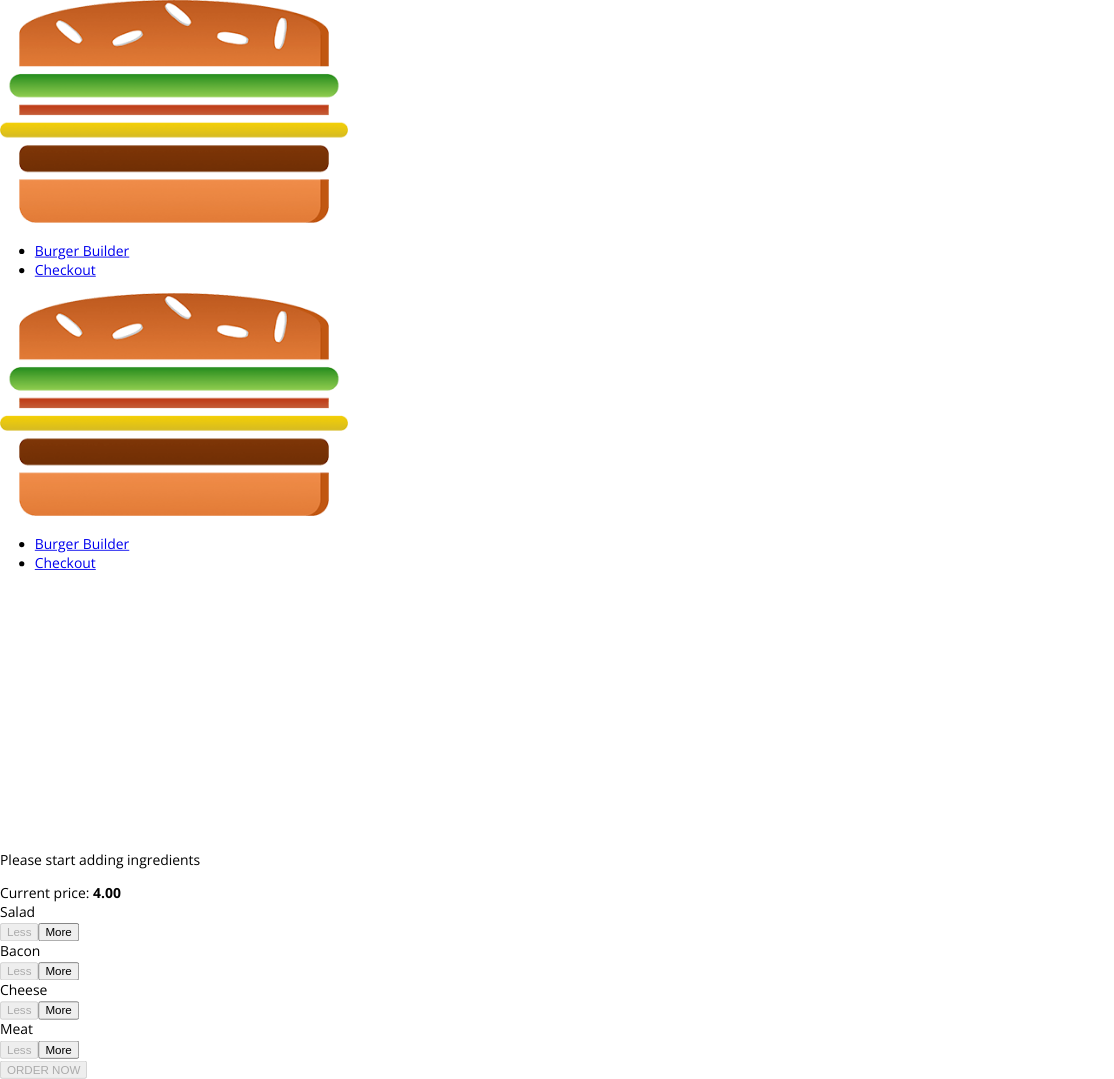
Repository: dunbom6612/burger-builder-app
Page: /checkout/contact-data
The author's editor kept a copy of each file at every save. The page is drawn from the files as they stood at one save, then again after a run of saves.
The browser window is 1280 px wide. The pictures show the whole page, at 87% of full size.
The project was rebuilt for these pictures with package versions that can differ from the ones it lists, and the page was loaded fresh each time. Also part of the build but not shown: src/components/Layout/Layout.css, src/components/Navigation/Toolbar/Toolbar.css, src/components/Logo/Logo.css, src/components/Navigation/NavigationItems/NavigationItems.css, src/components/Navigation/NavigationItems/NavigationItem/NavigationItem.css, src/components/Navigation/SideDrawer/DrawerToogle/DrawerToogle.css, src/components/Navigation/SideDrawer/SideDrawer.css, src/components/UI/Backdrop/Backdrop.css and 6 more.

Above is the page before, as saved 2020-08-02 00:17:42.

### public/index.html
<!DOCTYPE html>
<html lang="en">
  <head>
    <meta charset="utf-8">
    <meta name="viewport" content="width=device-width, initial-scale=1, shrink-to-fit=no">
    <meta name="theme-color" content="#000000">
    <!--
      manifest.json provides metadata used when your web app is added to the
      homescreen on Android. See https://developers.google.com/web/fundamentals/engage-and-retain/web-app-manifest/
    -->
    <link rel="manifest" href="%PUBLIC_URL%/manifest.json">
    <link rel="shortcut icon" href="%PUBLIC_URL%/favicon.ico">
    <!--
      Notice the use of %PUBLIC_URL% in the tags above.
      It will be replaced with the URL of the `public` folder during the build.
      Only files inside the `public` folder can be referenced from the HTML.

      Unlike "/favicon.ico" or "favicon.ico", "%PUBLIC_URL%/favicon.ico" will
      work correctly both with client-side routing and a non-root public URL.
      Learn how to configure a non-root public URL by running `npm run build`.
    -->
    <link href="https://fonts.googleapis.com/css2?family=Open+Sans:wght@400;700&display=swap" rel="stylesheet">
    <title>Huy Burger</title>
  </head>
  <body>
    <noscript>
      You need to enable JavaScript to run this app.
    </noscript>
    <div id="root"></div>
    <!--
      This HTML file is a template.
      If you open it directly in the browser, you will see an empty page.

      You can add webfonts, meta tags, or analytics to this file.
      The build step will place the bundled scripts into the <body> tag.

      To begin the development, run `npm start` or `yarn start`.
      To create a production bundle, use `npm run build` or `yarn build`.
    -->
  </body>
</html>

### src/App.js
import React, { Component } from 'react';
import Layout from './components/Layout/Layout';
import BurgerBuilder from './containers/BurgerBuilder/BurgerBuilder';

class App extends Component {
  render() {
    return (
      <div className="App">
        <Layout>
          <BurgerBuilder />
        </Layout>
      </div>
    );
  }
}

export default App;

### src/components/Layout/Layout.js
import React, { Component } from "react";
import Aux from "../../hoc/Aux";
import classes from "./Layout.css";
import Toolbar from "../Navigation/Toolbar/Toolbar";
import SideDrawer from "../Navigation/SideDrawer/SideDrawer";

class Layout extends Component {
  state = {
    showSideDrawer: true,
  };

  sideDrawerClosedHandler = () => {
    this.setState({ showSideDrawer: false });
  };

  sideDrawerToogleHandler = () => {
    this.setState((prevState) => {
      return { showSideDrawer: !prevState.showSideDrawer };
    });
  };
  render() {
    return (
      <Aux>
        <Toolbar drawerToggleClicked={this.sideDrawerToogleHandler} />
        <SideDrawer
          open={this.state.showSideDrawer}
          closed={this.sideDrawerClosedHandler}
        />
        <main className={classes.Content}>{this.props.children}</main>
      </Aux>
    );
  }
}

export default Layout;

### src/containers/BurgerBuilder/BurgerBuilder.js
import React, { Component } from "react";
import Aux from "../../hoc/Aux";
import Burger from "../../components/Burger/Burger";
import BuildControls from "../../components/BuildControls/BuildControls";
import Modal from '../../components/UI/Modal/Modal';
import OrderSummary from '../../components/Burger/OrderSummary/OrderSummary'

const INGREDIENT_PRICES = {
  salad: 0.5,
  cheese: 0.4,
  meat: 1.3,
  bacon: 0.7,
};
class BurgerBuilder extends Component {
  state = {
    ingredients: {
      salad: 0,
      bacon: 0,
      cheese: 0,
      meat: 0,
    },
    totalPrice: 4,
    purchasable: false,
    purchasing: false
  };

  updatePurchaseState(ingredients) {
    const sum = Object.keys(ingredients).map(igKey => {
      return ingredients[igKey]
    }).reduce((sum,el) => {
      return sum + el
    },0);
    this.setState({purchasable: sum > 0 });
  }

  addIngredientHandler = (type) => {
    const oldCount = this.state.ingredients[type];
    const updatedCount = oldCount + 1;
    const updateIngredients = {
      ...this.state.ingredients,
    };
    updateIngredients[type] = updatedCount;
    const priceAddition = INGREDIENT_PRICES[type];
    const oldPrice = this.state.totalPrice;
    const newPrice = oldPrice + priceAddition;
    this.setState({ totalPrice: newPrice, ingredients: updateIngredients });
    this.updatePurchaseState(updateIngredients);
  };

  removeIngredientHandler = (type) => {
    const oldCount = this.state.ingredients[type];
    if(oldCount <= 0){
        return;
    }
    const updatedCount = oldCount - 1 ;
    const updateIngredients = {
      ...this.state.ingredients,
    };
    updateIngredients[type] = updatedCount;
    const priceDeduction = INGREDIENT_PRICES[type];
    const oldPrice = this.state.totalPrice;
    const newPrice =
      oldPrice > priceDeduction ? oldPrice - priceDeduction : oldPrice;
    this.setState({ totalPrice: newPrice, ingredients: updateIngredients });
    this.updatePurchaseState(updateIngredients);
  };

  purchaseHandler = () => {
    this.setState({
      purchasing: true
    })
  }

  purchaseCancelHandler = () => {
    this.setState({purchasing: false});
  }

  purchaseContinueHandler = () => {
    alert('You continue!');
  }

  render() {
      const disabledInfo = {
          ...this.state.ingredients
      };
      for (let key in disabledInfo) {
          disabledInfo[key] = disabledInfo[key] <= 0
      }
    return (
      <Aux>
        <Modal show={this.state.purchasing} modalClosed={this.purchaseCancelHandler}>
          <OrderSummary ingredients={this.state.ingredients}
          price={this.state.totalPrice}
          purchaseCancelled={this.purchaseCancelHandler}
          purchaseContinued={this.purchaseContinueHandler}
          />
        </Modal>
        <Burger ingredients={this.state.ingredients} />
        <BuildControls
          ingredientAdded={this.addIngredientHandler}
          ingredientRemoved={this.removeIngredientHandler}
          price={this.state.totalPrice}
          ordered={this.purchaseHandler}
          purchasable={this.state.purchasable}
          disabled={disabledInfo}

        />
      </Aux>
    );
  }
}

export default BurgerBuilder;

### src/components/Navigation/Toolbar/Toolbar.js
import React from "react";
import classes from './Toolbar.css'
import Logo from '../../Logo/Logo';
import NavigationItems from '../NavigationItems/NavigationItems';
import DrawerToggle from '../SideDrawer/DrawerToogle/DrawerToggle';
const toolbar = (props) => (
  <header className={classes.Toolbar}>
    <DrawerToggle clicked={props.drawerToggleClicked}/>
    <div className={classes.Logo}>
        <Logo />
    </div>
    <nav className={classes.DestopOnly}>
        <NavigationItems />
    </nav>
  </header>
);

export default toolbar;

### src/components/Navigation/SideDrawer/SideDrawer.js
import React from "react";
import Logo from "../../Logo/Logo";
import NavigationItems from "../NavigationItems/NavigationItems";
import classes from "./SideDrawer.css";
import Backdrop from "../../UI/Backdrop/Backdrop";
import Aux from "../../../hoc/Aux"

const sideDrawer = (props) => {
    let attachedClasses = [classes.SideDrawer, classes.Close];
    if(props.open) {
        attachedClasses = [classes.SideDrawer, classes.Open];
    }
  return (
    <Aux>
        <Backdrop show={props.open} clicked={props.closed}/>
      <div className={attachedClasses.join(' ')}>
        <div className={classes.Logo}>
          <Logo />
          <NavigationItems />
        </div>
      </div>
    </Aux>
  );
};

export default sideDrawer;

### src/components/Burger/Burger.js
import React from 'react'
import BurgerIngredient from './Burgeringredient/Burgeringredient'
import classes from './Burger.css'

const burger = (props) => {
    let transformedIngredient = Object.keys(props.ingredients).map(igKey => {
        return [...Array(props.ingredients[igKey])].map((_,i) => {
           return  <BurgerIngredient key={igKey + i} type={igKey} />
        });
    }).reduce((arr, el) => {
        return arr.concat(el);
    }, []);
    if(transformedIngredient.length === 0 ){
        transformedIngredient = <p> Please start adding ingredients</p>;
    }
    return (
        <div className={classes.Burger}>
            <BurgerIngredient type='bread-top'/>
            {transformedIngredient}
            <BurgerIngredient type='bread-bottom'/>
        </div>
    );


}

export default burger;

### src/components/BuildControls/BuildControls.js
import React from "react";
import classes from "./BuildControls.css";
import BuildControl from "./BuildControl/BuildControl";

const controls = [
  { label: "Salad", type: "salad" },
  { label: "Bacon", type: "bacon" },
  { label: "Cheese", type: "cheese" },
  { label: "Meat", type: "meat" },
];
const buildControls = (props) => (
  <div className={classes.BuildControls}>
    <div>
      Current price: <strong>{props.price.toFixed(2)}</strong>
    </div>
    {controls.map((ctrl) => (
      <BuildControl
        key={ctrl.label}
        label={ctrl.label}
        added={() => props.ingredientAdded(ctrl.type)}
        removed={() => props.ingredientRemoved(ctrl.type)}
        disabled={props.disabled[ctrl.type]}
      />
    ))}
    <button className={classes.OrderButton} disabled={!props.purchasable} onClick={props.ordered}>
       ORDER NOW</button>
  </div>
);

export default buildControls;

### src/components/UI/Modal/Modal.js
import React from "react";
import classes from "./Modal.css";
import Aux from "../../../hoc/Aux";
import Backdrop from "../Backdrop/Backdrop";

const modal = (props) => (
  <Aux>
    <Backdrop show={props.show} clicked={props.modalClosed} />
    <div
      className={classes.Modal}
      style={{
        transform: props.show ? "translateY(0)" : "translateY(-100vh)",
        opacity: props.show ? "1" : "0",
      }}
    >
      {props.children}
    </div>
  </Aux>
);

export default modal;

### src/components/Burger/OrderSummary/OrderSummary.js
import React, { Component } from "react";
import Aux from "../../../hoc/Aux";
import Button from "../../UI/Button/Button";

class OrderSummary extends Component{
  componentWillUpdate(){
    console.log('[OrderSumary] componentWillMount');
  }
  render() {
    const ingredientSummary = Object.keys(this.props.ingredients).map((igKey) => {
      return (
        <li key={igKey}>
          <span style={{ textTransform: "capitalize" }}>{igKey}</span>:
          {this.props.ingredients[igKey]}
        </li>
      );
    });

    return (

    <Aux>
      <h3>Your Order</h3>
      <p>A delicious burger with the following ingredients:</p>
      <ul>{ingredientSummary}</ul>
      <p>
        <strong>Total Price:{this.props.price.toFixed(2)}</strong>
      </p>
      <p>Continue to checkout?</p>
      <Button btnType="Danger" clicked={this.props.purchaseCancelled}>
        CANCEL
      </Button>
      <Button btnType="Success" clicked={this.props.purchaseContinued}>
        CONTINUE
      </Button>
    </Aux>
    )
  }
};

export default OrderSummary;

### src/components/Logo/Logo.js
import React from 'react';
import burgerLogo from '../../assets/images/burger-logo.png'
import classes from './Logo.css'

const logo = (props) => (
    <div className={classes.Logo} >
        <img src={burgerLogo} alt="MyBurger" />
    </div>
);

export default logo;

### src/components/Navigation/NavigationItems/NavigationItems.js
import React from 'react';
import classes from './NavigationItems.css'
import NavigationItem from './NavigationItem/NavigationItem'


const navigationItems = () => (
    <ul className={classes.NavigationItems}>
        <NavigationItem link="/" active>Burger Builder</NavigationItem>
        <NavigationItem link="/">Checkout</NavigationItem>
    </ul>

);

export default navigationItems;

### src/components/Navigation/SideDrawer/DrawerToogle/DrawerToggle.js
import React from "react";
import classes from "./DrawerToogle.css";
const drawerToggle = (props) => (
  <div className={classes.DrawerToggle} onClick={props.clicked}>
    <div> </div>
    <div> </div>
    <div> </div>
  </div>
);

export default drawerToggle;

### src/components/UI/Backdrop/Backdrop.js
import React from "react";
import classes from "./Backdrop.css";
const backdrop = (props) =>
  props.show ? <div className={classes.Backdrop} onClick={props.clicked}></div> : null;


export default backdrop;

### src/components/Burger/Burgeringredient/Burgeringredient.js
import React, { Component } from "react";
import PropTypes from "prop-types";
import classes from "./Burgeringredient.css";

class BurgerIngredient extends Component {
  render() {
    let ingredient = null;

    switch (this.props.type) {
      case "bread-bottom":
        ingredient = <div className={classes.BreadBottom}></div>;
        break;
      case "bread-top":
        ingredient = (
          <div className={classes.BreadTop}>
            <div className={classes.Seeds1}></div>
            <div className={classes.Seeds2}></div>
          </div>
        );
        break;
      case "meat":
        ingredient = <div className={classes.Meat}></div>;
        break;
      case "cheese":
        ingredient = <div className={classes.Cheese}></div>;
        break;
      case "bacon":
        ingredient = <div className={classes.Bacon}></div>;
        break;
      case "salad":
        ingredient = <div className={classes.Salad}></div>;
        break;
      default:
        ingredient = null;
    }

    return ingredient;
  }
}

BurgerIngredient.propTypes = {
  type: PropTypes.string.isRequired,
};

export default BurgerIngredient;

### src/components/BuildControls/BuildControl/BuildControl.js
import React from "react";
import classes from './BuildControl.css';



const buildControl = (props) => (
    <div className={classes.BuildControl}>
        <div className={classes.Label}>{props.label}</div>
        <button className={classes.Less} onClick={props.removed} disabled={props.disabled}>Less</button>
        <button className={classes.More} onClick={props.added}>More</button>
    </div>
);

export default buildControl;

### src/components/UI/Button/Button.js
import React from "react";
import classes from './Button.css'

const button = (props) => (
  <button className={[classes.Button, classes[props.btnType]].join(' ')}
    onClick={props.clicked}>{props.children}</button>
);

export default button;

### src/components/Navigation/NavigationItems/NavigationItem/NavigationItem.js
import React from "react";
import classes from "./NavigationItem.css";

const navigationItem = (props) => (
  <li className={classes.NavigationItem}>
    <a href={props.link} className={props.active ? classes.active : null}>{props.children}</a>
  </li>
);

export default navigationItem;

Loaded but not shown: src/index.js (common file); src/index.css (common file); src/registerServiceWorker.js (common file); src/hoc/Aux.js (common file)

After the next 2 saves:
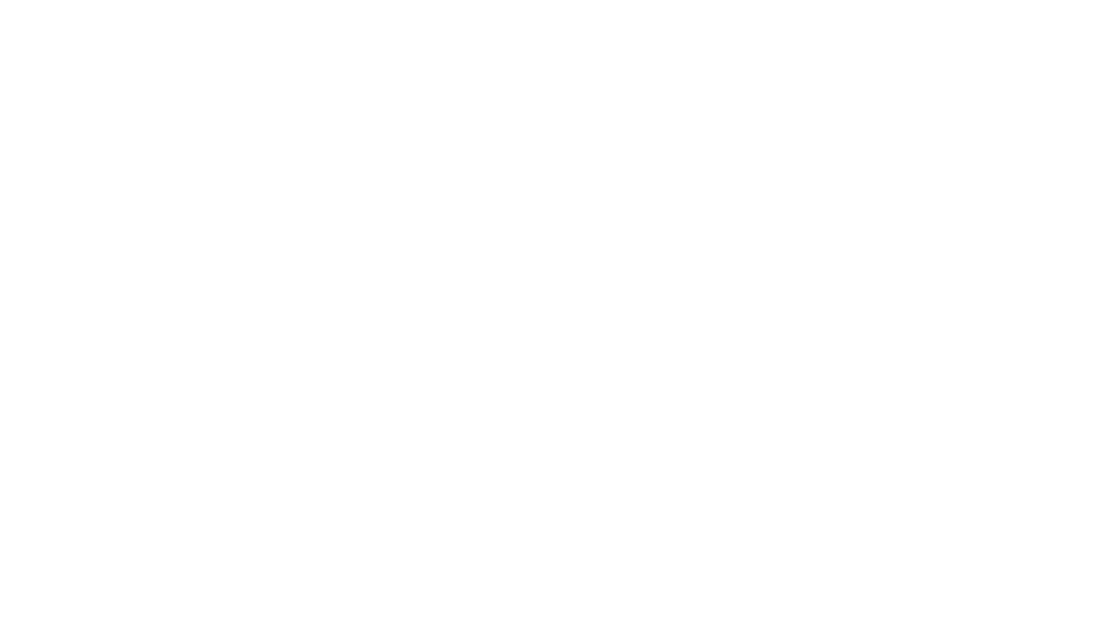
Console error: ReferenceError: props is not defined
The 2 saves are shown as one change because 1 did not build or start.
The last was saved 2 min 5 s later.
--- a/src/components/UI/Modal/Modal.js
+++ b/src/components/UI/Modal/Modal.js
@@ -1,9 +1,12 @@
-import React from "react";
+import React, { Component } from "react";
 import classes from "./Modal.css";
 import Aux from "../../../hoc/Aux";
 import Backdrop from "../Backdrop/Backdrop";
 
-const modal = (props) => (
+class Modal extends Component {
+  render(){
+    return (
+
   <Aux>
     <Backdrop show={props.show} clicked={props.modalClosed} />
     <div
@@ -16,6 +19,8 @@
       {props.children}
     </div>
   </Aux>
-);
+    );
+  }
+}
 
-export default modal;
+export default Modal;

After the save that followed:
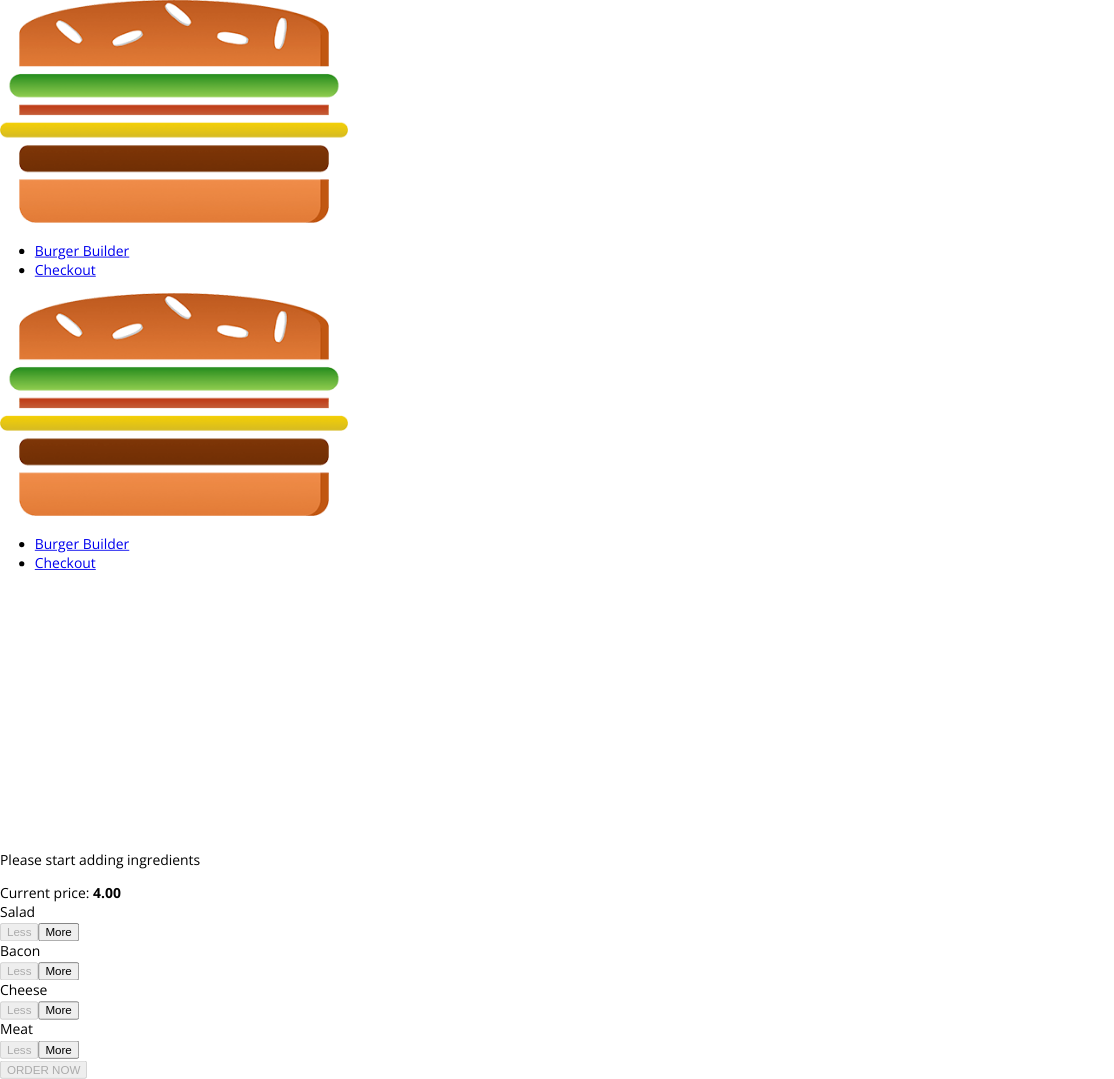
The error is gone.
Saved 13 s later.
--- a/src/components/UI/Modal/Modal.js
+++ b/src/components/UI/Modal/Modal.js
@@ -8,15 +8,15 @@
     return (
 
   <Aux>
-    <Backdrop show={props.show} clicked={props.modalClosed} />
+    <Backdrop show={this.props.show} clicked={this.props.modalClosed} />
     <div
       className={classes.Modal}
       style={{
-        transform: props.show ? "translateY(0)" : "translateY(-100vh)",
-        opacity: props.show ? "1" : "0",
+        transform: this.props.show ? "translateY(0)" : "translateY(-100vh)",
+        opacity: this.props.show ? "1" : "0",
       }}
     >
-      {props.children}
+      {this.props.children}
     </div>
   </Aux>
     );
